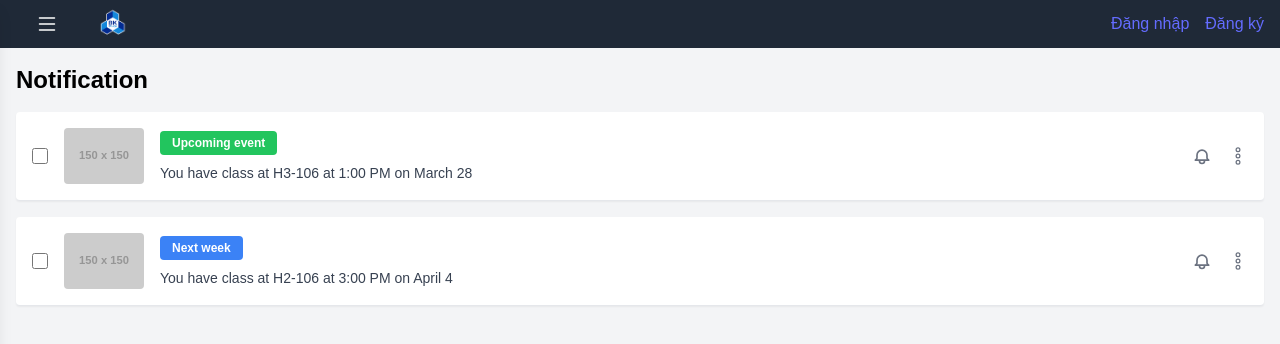
Repository: CNPM-S3MRS/frontend-web
Page: /notification
These files come from the project's save history. The page is drawn as it stood at one moment and after a run of saves; the edit follows.
The browser window is 1280 px wide. The pictures show the whole page.
The project was rebuilt for these pictures with package versions that can differ from the ones it lists, and the page was loaded fresh each time. Also part of the build but not shown: vite.config.js, src/pages/auth/Login.jsx.

Above is the page before, as saved 2025-04-09 02:25:59.

### src/App.jsx
import { BrowserRouter as Router, Routes, Route } from 'react-router-dom';
import Login from '@/pages/auth/Login';
import Notification from './pages/notification/notification';

function App() {
  return (
    <Router>
      <Routes>
        <Route path="/login" element={<Login />} />
        <Route path="/notification" element={<Notification />} /> {/* Add this route */}
        <Route path="/" element={<div>Trang chủ</div>} />
      </Routes>
    </Router>
  );
}

export default App;

### src/index.css
@tailwind base;
@tailwind components;
@tailwind utilities;


:root {
  font-family: system-ui, Avenir, Helvetica, Arial, sans-serif;
  line-height: 1.5;
  font-weight: 400;

  color-scheme: light dark;
  color: rgba(255, 255, 255, 0.87);
  background-color: #242424;

  font-synthesis: none;
  text-rendering: optimizeLegibility;
  -webkit-font-smoothing: antialiased;
  -moz-osx-font-smoothing: grayscale;
}

a {
  font-weight: 500;
  color: #646cff;
  text-decoration: inherit;
}
a:hover {
  color: #535bf2;
}

/* body {
  margin: 0;
  display: flex;
  place-items: center;
  min-width: 320px;
  min-height: 100vh;
} */

h1 {
  font-size: 3.2em;
  line-height: 1.1;
}

header button {

  background: none;
  border: none;
  color: inherit;
  cursor: pointer;

}
button {
  border-radius: 8px;
  border: 1px solid transparent;
  padding: 0.6em 1.2em;
  font-size: 1em;
  font-weight: 500;
  font-family: inherit;
  background-color: #1a1a1a;
  cursor: pointer;
  transition: border-color 0.25s;
}
button:hover {
  border-color: #646cff;
}
button:focus,
button:focus-visible {
  outline: 4px auto -webkit-focus-ring-color;
}
h1 {
  font-size: 1.5rem;
  font-weight: bold;
  margin-bottom: 1rem;
}
body {
  font-family: Arial, sans-serif;
  background-color: #ffffff;
  color: #000000;
}

input[type="checkbox"] {
  width: 1rem;
  height: 1rem;
}

@media (prefers-color-scheme: light) {
  :root {
    color: #213547;
    background-color: #ffffff;
  }
  a:hover {
    color: #747bff;
  }
  button {
    background-color: #f9f9f9;
  }
}

### src/pages/notification/notification.jsx
import React, { useState } from "react";
import Sidebar from "../../components/bars/Sidebar";
import NotificationCard from "../../components/card/NotificationCard";
import Header from "../../components/header/Header";

const Notification = () => {
  const [isSidebarOpen, setIsSidebarOpen] = useState(false);

  return (
    <div className="flex flex-col h-screen">
      {/* Header */}
      <Header isSidebarOpen={isSidebarOpen} setIsSidebarOpen={setIsSidebarOpen} />

      <div className="flex flex-grow">
        {/* Sidebar */}
        <Sidebar isSidebarOpen={isSidebarOpen} setIsSidebarOpen={setIsSidebarOpen} />

        {/* Main Content */}
        <div className="flex-grow p-4 bg-gray-100">
          <h1 className="text-2xl font-bold mb-4">Notification</h1>

          {/* Example Notification Cards */}
          <NotificationCard
            image="https://via.placeholder.com/150"
            status="Upcoming event"
            statusColor="green"
            message="You have class at H3-106 at 1:00 PM on March 28"
          />
          <NotificationCard
            image="https://via.placeholder.com/150"
            status="Next week"
            statusColor="blue"
            message="You have class at H2-106 at 3:00 PM on April 4"
          />
        </div>
      </div>
    </div>
  );
};

export default Notification;

### src/components/bars/Sidebar.jsx
import React, { useState } from "react";
import { NavLink } from "react-router-dom"; // Use NavLink for active state if using React Router


const Sidebar = ({ isSidebarOpen, setIsSidebarOpen }) => {
    return (
      <div
        className={`fixed inset-y-0 left-0 w-64 bg-gray-800 text-white shadow-lg z-50 transform ${
          isSidebarOpen ? "translate-x-0" : "-translate-x-full"
        } transition-transform duration-300`}
      >
        {/* Close Button */}
        <button
          onClick={() => setIsSidebarOpen(false)}
          className="absolute top-4 right-4 text-white focus:outline-none"
          aria-label="Close Sidebar"
        >
          <svg
            xmlns="http://www.w3.org/2000/svg"
            width="24"
            height="24"
            fill="none"
            viewBox="0 0 24 24"
            stroke="currentColor"
          >
            <path
              strokeLinecap="round"
              strokeLinejoin="round"
              strokeWidth={2}
              d="M6 18L18 6M6 6l12 12"
            />
          </svg>
        </button>

        {/* Sidebar Links */}
        <ul className="mt-8 space-y-4 p-4">
          <li>
            <NavLink to="/" className="hover:text-gray-400">
              Trang chủ
            </NavLink>
          </li>
          <li>
            <NavLink to="/register-room" className="hover:text-gray-400">
              Đăng ký phòng
            </NavLink>
          </li>
          <li>
            <NavLink to="/my-rooms" className="hover:text-gray-400">
              Phòng của tôi
            </NavLink>
          </li>
          <li>
            <NavLink to="/notification" className="hover:text-gray-400">
              Thông báo
            </NavLink>
          </li>
          <li>
            <NavLink to="/account" className="hover:text-gray-400">
              Tài khoản
            </NavLink>
          </li>
        </ul>
      </div>
    );
  };

export default Sidebar;

### src/components/card/NotificationCard.jsx
import React from "react";

const NotificationCard = ({ image, status, statusColor, message }) => {
  const statusColorClass = {
    green: "bg-green-500",
    blue: "bg-blue-500",
    red: "bg-red-500",
  };
  return (
    <div className="flex items-center justify-between w-full p-4 border-b bg-white shadow-sm rounded mb-4">
      {/* Left Section */}
      <div className="flex items-center space-x-4">
        {/* Checkbox */}
        <input type="checkbox" className="w-4 h-4" />

        {/* Image */}
        <img
          src={image}
          alt="Notification"
          className="w-20 h-14 object-cover rounded"
        />

        {/* Content */}
        <div>
          {/* Status Badge */}
          <span
            className={`inline-block px-3 py-1 text-xs font-semibold text-white rounded ${
              statusColorClass[statusColor] || "bg-gray-500"
            }`}
          >
            {status}
          </span>
          {/* Message */}
          <p className="text-sm text-gray-700 mt-2">{message}</p>
        </div>
      </div>

      {/* Right Section (Icons) */}
      <div className="flex items-center space-x-4">
        {/* Bell Icon */}
        <svg
          xmlns="http://www.w3.org/2000/svg"
          className="h-5 w-5 text-gray-500"
          fill="none"
          viewBox="0 0 24 24"
          stroke="currentColor"
        >
          <path
            strokeLinecap="round"
            strokeLinejoin="round"
            strokeWidth={2}
            d="M15 17h5l-1.405-1.405A2.032 2.032 0 0118 14.158V11a6 6 0 10-12 0v3.159c0 .538-.214 1.055-.595 1.436L4 17h5m6 0v1a3 3 0 11-6 0v-1m6 0H9"
          />
        </svg>

        {/* Three-Dot Icon */}
        <svg
          xmlns="http://www.w3.org/2000/svg"
          className="h-5 w-5 text-gray-500"
          fill="none"
          viewBox="0 0 16 16"
          stroke="currentColor"
        >
          <path
            strokeLinecap="round"
            strokeLinejoin="round"
            d="M9.5 13a1.5 1.5 0 1 1-3 0 1.5 1.5 0 0 1 3 0m0-5a1.5 1.5 0 1 1-3 0 1.5 1.5 0 0 1 3 0m0-5a1.5 1.5 0 1 1-3 0 1.5 1.5 0 0 1 3 0"
          />
        </svg>
      </div>
    </div>
  );
};

export default NotificationCard;

### src/components/header/Header.jsx
import React, { useState } from "react";
import { NavLink } from "react-router-dom";
import LogoBK from "../../assets/LogoBK.jpg"; // Adjust the path as necessary

const Header = ({ isSidebarOpen, setIsSidebarOpen }) => {
    const menuItems = [
      { name: "Đăng nhập", path: "/login" },
      { name: "Đăng ký", path: "/register" },
    ];

    return (
      <header className="flex items-center justify-between px-4 bg-gray-800 text-white">
        {/* Left Section: Hamburger Menu and Logo */}
        <div className="flex items-center space-x-2">
          {/* Hamburger Menu */}
          <button
            onClick={() => setIsSidebarOpen(!isSidebarOpen)}
            className="focus:outline-none"
            aria-label="Toggle Sidebar"
          >
            <svg
              xmlns="http://www.w3.org/2000/svg"
              width="24"
              height="24"
              fill="currentColor"
              className="bi bi-list"
              viewBox="0 0 16 16"
            >
              <path
                fillRule="evenodd"
                d="M2.5 12a.5.5 0 0 1 .5-.5h10a.5.5 0 0 1 0 1H3a.5.5 0 0 1-.5-.5m0-4a.5.5 0 0 1 .5-.5h10a.5.5 0 0 1 0 1H3a.5.5 0 0 1-.5-.5m0-4a.5.5 0 0 1 .5-.5h10a.5.5 0 0 1 0 1H3a.5.5 0 0 1-.5-.5"
              />
            </svg>
          </button>

          {/* Logo */}
          <img src={LogoBK} alt="Logo" className="w-12 h-12 object-contain" />
        </div>

        {/* Navigation */}
        <nav>
          <ul className="flex space-x-4">
            {menuItems.map((item) => (
              <li key={item.name}>
                <NavLink
                  to={item.path}
                  className={({ isActive }) =>
                    `hover:text-gray-400 ${isActive ? "text-gray-400 font-bold" : ""}`
                  }
                  aria-label={item.name}
                >
                  {item.name}
                </NavLink>
              </li>
            ))}
          </ul>
        </nav>
      </header>
    );
  };


export default Header;

### tailwind.config.js
/** @type {import('tailwindcss').Config} */
module.exports = {
  content: ["./src/**/*.{js,jsx,ts,tsx}"], // Include all source files
  theme: {
    extend: {},
  },
  plugins: [],
};

Loaded but not shown: index.html (common file); src/main.jsx (common file)

After the next 3 saves:
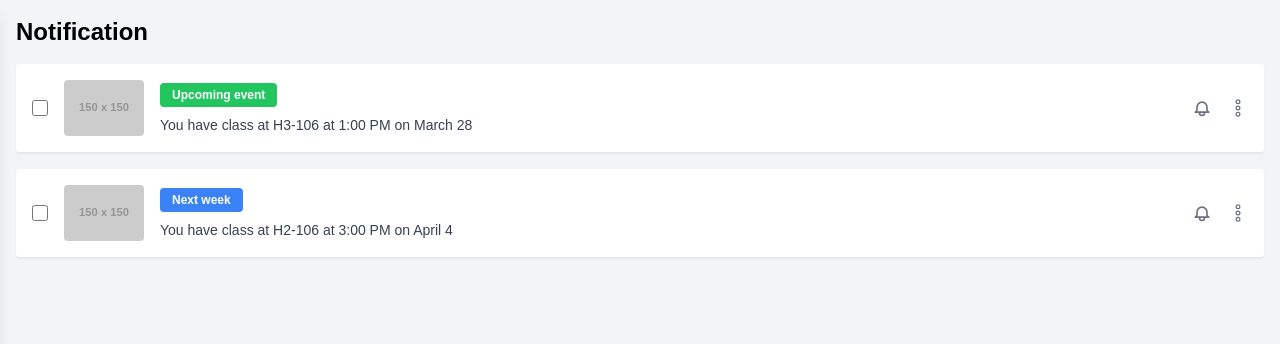
The 3 saves are shown as one change because they came seconds apart.
The last was saved 22 s later.
--- a/src/pages/notification/notification.jsx
+++ b/src/pages/notification/notification.jsx
@@ -1,38 +1,31 @@
-import React, { useState } from "react";
+import React from "react";
 import Sidebar from "../../components/bars/Sidebar";
 import NotificationCard from "../../components/card/NotificationCard";
-import Header from "../../components/header/Header";
+import Header from "../../components/card/NotificationCard";
 
 const Notification = () => {
-  const [isSidebarOpen, setIsSidebarOpen] = useState(false);
+  return (
+    <div className="flex h-screen">
+      {/* Sidebar */}
+      <Sidebar />
 
-  return (
-    <div className="flex flex-col h-screen">
-      {/* Header */}
-      <Header isSidebarOpen={isSidebarOpen} setIsSidebarOpen={setIsSidebarOpen} />
+      {/* Main Content */}
+      <div className="flex-grow p-4 bg-gray-100">
+        <h1 className="text-2xl font-bold mb-4">Notification</h1>
 
-      <div className="flex flex-grow">
-        {/* Sidebar */}
-        <Sidebar isSidebarOpen={isSidebarOpen} setIsSidebarOpen={setIsSidebarOpen} />
-
-        {/* Main Content */}
-        <div className="flex-grow p-4 bg-gray-100">
-          <h1 className="text-2xl font-bold mb-4">Notification</h1>
-
-          {/* Example Notification Cards */}
-          <NotificationCard
-            image="https://via.placeholder.com/150"
-            status="Upcoming event"
-            statusColor="green"
-            message="You have class at H3-106 at 1:00 PM on March 28"
-          />
-          <NotificationCard
-            image="https://via.placeholder.com/150"
-            status="Next week"
-            statusColor="blue"
-            message="You have class at H2-106 at 3:00 PM on April 4"
-          />
-        </div>
+        {/* Example Notification Cards */}
+        <NotificationCard
+          image="https://via.placeholder.com/150"
+          status="Upcoming event"
+          statusColor="green"
+          message="You have class at H3-106 at 1:00 PM on March 28"
+        />
+        <NotificationCard
+          image="https://via.placeholder.com/150"
+          status="Next week"
+          statusColor="blue"
+          message="You have class at H2-106 at 3:00 PM on April 4"
+        />
       </div>
     </div>
   );

After the save that followed:
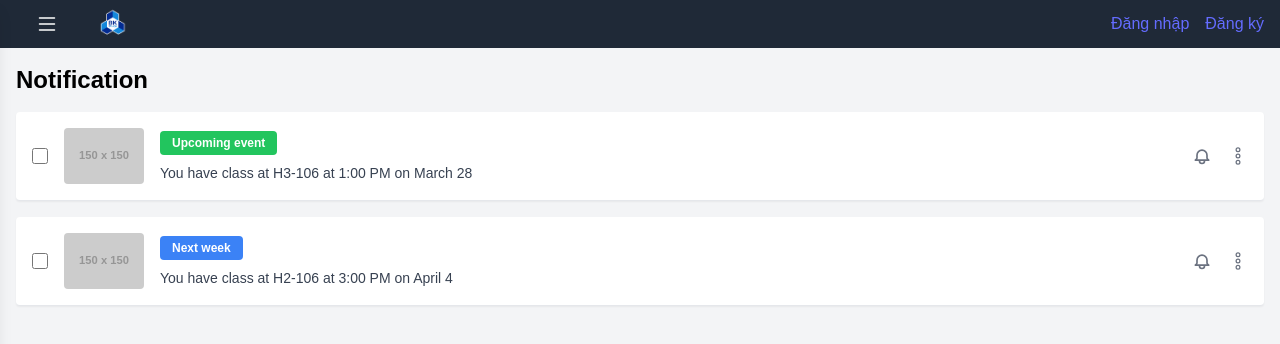
Saved 5 s later.
--- a/src/pages/notification/notification.jsx
+++ b/src/pages/notification/notification.jsx
@@ -1,31 +1,38 @@
-import React from "react";
+import React, { useState } from "react";
 import Sidebar from "../../components/bars/Sidebar";
 import NotificationCard from "../../components/card/NotificationCard";
-import Header from "../../components/card/NotificationCard";
+import Header from "../../components/header/Header";
 
 const Notification = () => {
+  const [isSidebarOpen, setIsSidebarOpen] = useState(false);
+
   return (
-    <div className="flex h-screen">
-      {/* Sidebar */}
-      <Sidebar />
+    <div className="flex flex-col h-screen">
+      {/* Header */}
+      <Header isSidebarOpen={isSidebarOpen} setIsSidebarOpen={setIsSidebarOpen} />
 
-      {/* Main Content */}
-      <div className="flex-grow p-4 bg-gray-100">
-        <h1 className="text-2xl font-bold mb-4">Notification</h1>
+      <div className="flex flex-grow">
+        {/* Sidebar */}
+        <Sidebar isSidebarOpen={isSidebarOpen} setIsSidebarOpen={setIsSidebarOpen} />
 
-        {/* Example Notification Cards */}
-        <NotificationCard
-          image="https://via.placeholder.com/150"
-          status="Upcoming event"
-          statusColor="green"
-          message="You have class at H3-106 at 1:00 PM on March 28"
-        />
-        <NotificationCard
-          image="https://via.placeholder.com/150"
-          status="Next week"
-          statusColor="blue"
-          message="You have class at H2-106 at 3:00 PM on April 4"
-        />
+        {/* Main Content */}
+        <div className="flex-grow p-4 bg-gray-100">
+          <h1 className="text-2xl font-bold mb-4">Notification</h1>
+
+          {/* Example Notification Cards */}
+          <NotificationCard
+            image="https://via.placeholder.com/150"
+            status="Upcoming event"
+            statusColor="green"
+            message="You have class at H3-106 at 1:00 PM on March 28"
+          />
+          <NotificationCard
+            image="https://via.placeholder.com/150"
+            status="Next week"
+            statusColor="blue"
+            message="You have class at H2-106 at 3:00 PM on April 4"
+          />
+        </div>
       </div>
     </div>
   );
